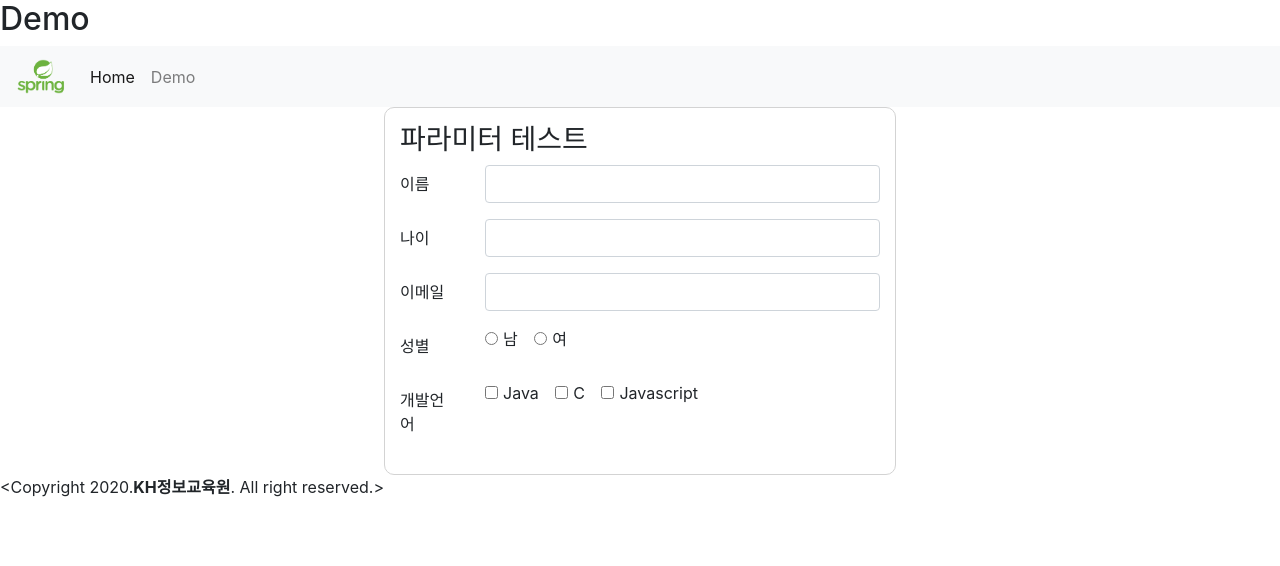
Repository: jihyun3/final_project
Page: http://localhost/01_HelloSpring/WEB-INF/views/demo/demo.jsp
The author's editor kept a copy of each file at every save. The page is drawn from the files as they stood at one save, then again after the next save.
The browser window is 1280 px wide. The pictures show the whole page.
The page is served by Tomcat 9. Nobody is signed in. Other server files are loaded and not shown. The template is opened directly, without the code that normally fills it, so the values that code supplies are empty.

Above is the page before, as saved 2020-10-16 02:50:45.

### 01_HelloSpring/src/main/webapp/WEB-INF/views/demo/demo.jsp
<%@ page language="java" contentType="text/html; charset=UTF-8"
	pageEncoding="UTF-8"%>
<%@ taglib prefix="c" uri="http://java.sun.com/jsp/jstl/core"%>
<%@ taglib prefix="fmt" uri="http://java.sun.com/jsp/jstl/fmt"%>
<%@ taglib prefix="fn" uri="http://java.sun.com/jsp/jstl/functions"%>
<c:set var="path" value="${pageContext.request.contextPath }" />
<jsp:include page="/WEB-INF/views/common/header.jsp">
	<jsp:param value="Demo" name="title" />
</jsp:include>
<style>
div#demo-container {
	width: 40%;
	padding: 15px;
	margin: 0 auto;
	border: 1px solid lightgray;
	border-radius: 10px;
}
</style>
<section id="content">
	<div id="demo-container">
		<h3>파라미터 테스트</h3>
		<form id="devFrm">
			<div class="form-group row">
				<label for="devName" class="col-sm-2 col-form-label">이름</label>
				<div class="col-sm-10">
					<input type="text" class="form-control" id="devName" name="devName">
				</div>
			</div>
			<div class="form-group row">
				<label for="devAge" class="col-sm-2 col-form-label">나이</label>
				<div class="col-sm-10">
					<input type="number" class="form-control" id="devAge" name="devAge">
				</div>
			</div>
			<div class="form-group row">
				<label for="devEmail" class="col-sm-2 col-form-label">이메일</label>
				<div class="col-sm-10">
					<input type="email" class="form-control" id="devEmail"
						name="devEmail">
				</div>
			</div>
			<div class="form-group row">
				<label class="col-sm-2 col-form-label">성별</label>
				<div class="col-sm-10">
					<div class="form-check form-check-inline">
						<input class="form-check-input" type="radio" name="devGender"
							id="devGender0" value="M"> <label
							class="form-check-label" for="devGender0">남</label>
					</div>
					<div class="form-check form-check-inline">
						<input class="form-check-input" type="radio" name="devGender"
							id="devGender1" value="option2"> <label
							class="form-check-label" for="devGender1">여</label>
					</div>
				</div>
			</div>
			<div class="form-group row">
				<label class="col-sm-2 col-form-label">개발언어</label>
				<div class="col-sm-10">
					<div class="form-check form-check-inline">
						<input class="form-check-input" type="checkbox" name="devLang"
							id="devLang0" value="Java"> <label
							class="form-check-label" for="devLang0">Java</label>
					</div>
					<div class="form-check form-check-inline">
						<input class="form-check-input" type="checkbox" name="devLang"
							id="devLang1" value="C"> <label class="form-check-label"
							for="devLang1">C</label>
					</div>
					<div class="form-check form-check-inline">
						<input class="form-check-input" type="checkbox" name="devLang"
							id="devLang2" value="Javascript"> <label
							class="form-check-label" for="devLang2">Javascript</label>
					</div>
				</div>
			</div>
		</form>
	</div>
	<div>
	</div>
</section>
<jsp:include page="/WEB-INF/views/common/footer.jsp" />

### 01_HelloSpring/src/main/webapp/WEB-INF/views/common/header.jsp
<%@ page language="java" contentType="text/html; charset=UTF-8"
    pageEncoding="UTF-8"%>
<%@ taglib prefix="c" uri="http://java.sun.com/jsp/jstl/core" %>
<%@ taglib prefix="fmt" uri="http://java.sun.com/jsp/jstl/fmt" %>
<%@ taglib prefix="fn" uri="http://java.sun.com/jsp/jstl/functions" %>
<c:set var="path" value="${pageContext.request.contextPath }"/>
<!DOCTYPE html>
<html>
<head>
<meta charset="UTF-8">
<title>나의 첫 스프링 페이지</title>
<!-- Latest compiled and minified CSS -->
<link rel="stylesheet" href="https://maxcdn.bootstrapcdn.com/bootstrap/4.5.2/css/bootstrap.min.css">
<!-- jQuery library -->
<script src="https://ajax.googleapis.com/ajax/libs/jquery/3.5.1/jquery.min.js"></script>
<!-- Popper JS -->
<script src="https://cdnjs.cloudflare.com/ajax/libs/popper.js/1.16.0/umd/popper.min.js"></script>
<!-- Latest compiled JavaScript -->
<script src="https://maxcdn.bootstrapcdn.com/bootstrap/4.5.2/js/bootstrap.min.js"></script>
</head>
<body>
	<div id="container">
		<header>
			<div id="header-container">
				<h2><c:out value="${param.title}"/></h2>
			</div>
			<nav class="navbar navbar-expand-lg navbar-light bg-light">
				<a class="navbar-brand" href="#">
					<img src="${path }/resources/images/logo-spring.png"
					alt="스프링로고" width="50px">
				</a>
				<button class="navbar-toggler" type="button" data-toggle="collapse"
				data-targe="#navbarNav" aria-controls="navbarNav" aria-expanded="false"
				aria-label="Toggle navigation">
					<span class="navbar-toggler-icon"></span>
				</button>
				<div class="collapse navbar-collapse" id="navbarNav">
					<ul class="navbar-nav mr-auto">
						<li class="nav-item active">
							<a class="nav-link" href="${path }">Home</a>
						</li>
						<li class="nav-item">
							<a class="nav-link" href="${path }/demo/demo.do">Demo</a>
						</li>
					</ul>
				</div>
			</nav>
		</header>

### 01_HelloSpring/src/main/webapp/WEB-INF/views/common/footer.jsp
<%@ page language="java" contentType="text/html; charset=UTF-8"
    pageEncoding="UTF-8"%>

<footer>
			<p>&lt;Copyright 2020.<strong>KH정보교육원</strong>. All right reserved.&gt;</p>
</footer>
</div>
</body>
</html>

After the next save:
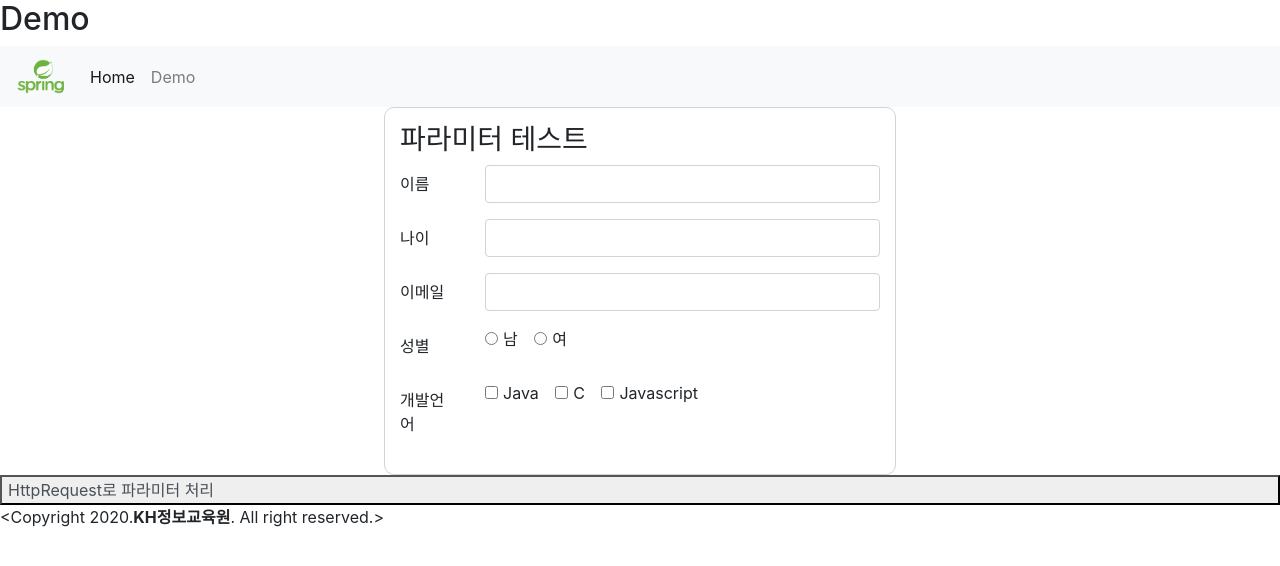
Saved 12 min 49 s later.
--- a/01_HelloSpring/src/main/webapp/WEB-INF/views/demo/demo.jsp
+++ b/01_HelloSpring/src/main/webapp/WEB-INF/views/demo/demo.jsp
@@ -76,7 +76,8 @@ div#demo-container {
 			</div>
 		</form>
 	</div>
-	<div>
+	<div class="list-group">
+		<button type="button" onclick="demo();" class="list-group-item-action">HttpRequest로 파라미터 처리</button>
 	</div>
 </section>
 <jsp:include page="/WEB-INF/views/common/footer.jsp" />
